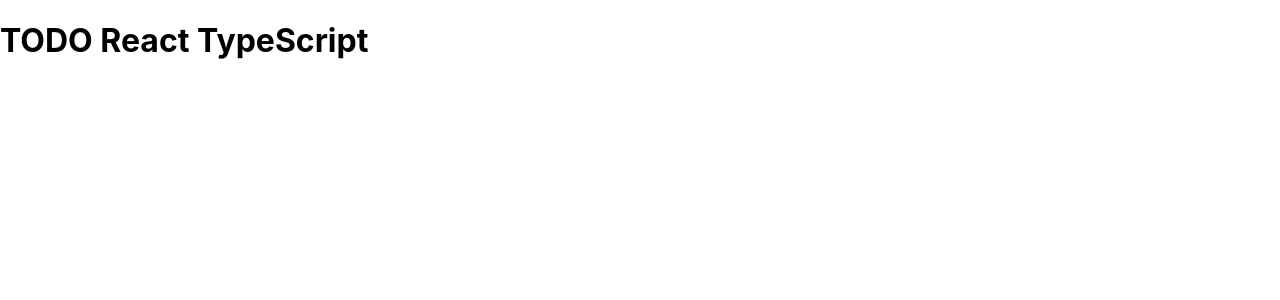
Repository: gligor99/todo-ts-react
Page: /
These files come from the project's save history. The page is drawn as it stood at one moment and after the next save; the edit follows.
The browser window is 1280 px wide. The pictures show the whole page.
The project was rebuilt for these pictures with package versions that can differ from the ones it lists, and the page was loaded fresh each time. Also part of the build but not shown: src/App.css.

Above is the page before, as saved 2021-11-19 20:35:00.

After the next save:
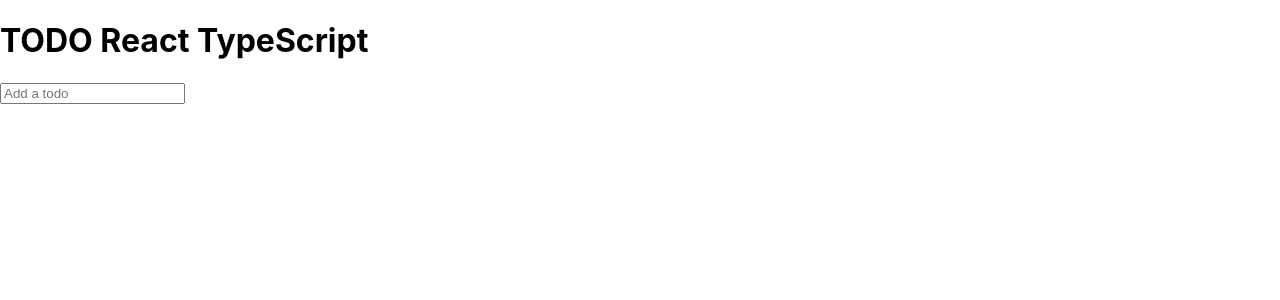
Saved 35 s later.
--- a/src/App.tsx
+++ b/src/App.tsx
@@ -1,10 +1,12 @@
 import React from 'react';
 import './App.css';
+import TodoForm from './components/TodoForm';
 
 function App() {
   return (
     <div className="App">
       <h1>TODO React TypeScript</h1>
+      <TodoForm />
     </div>
   );
 }
